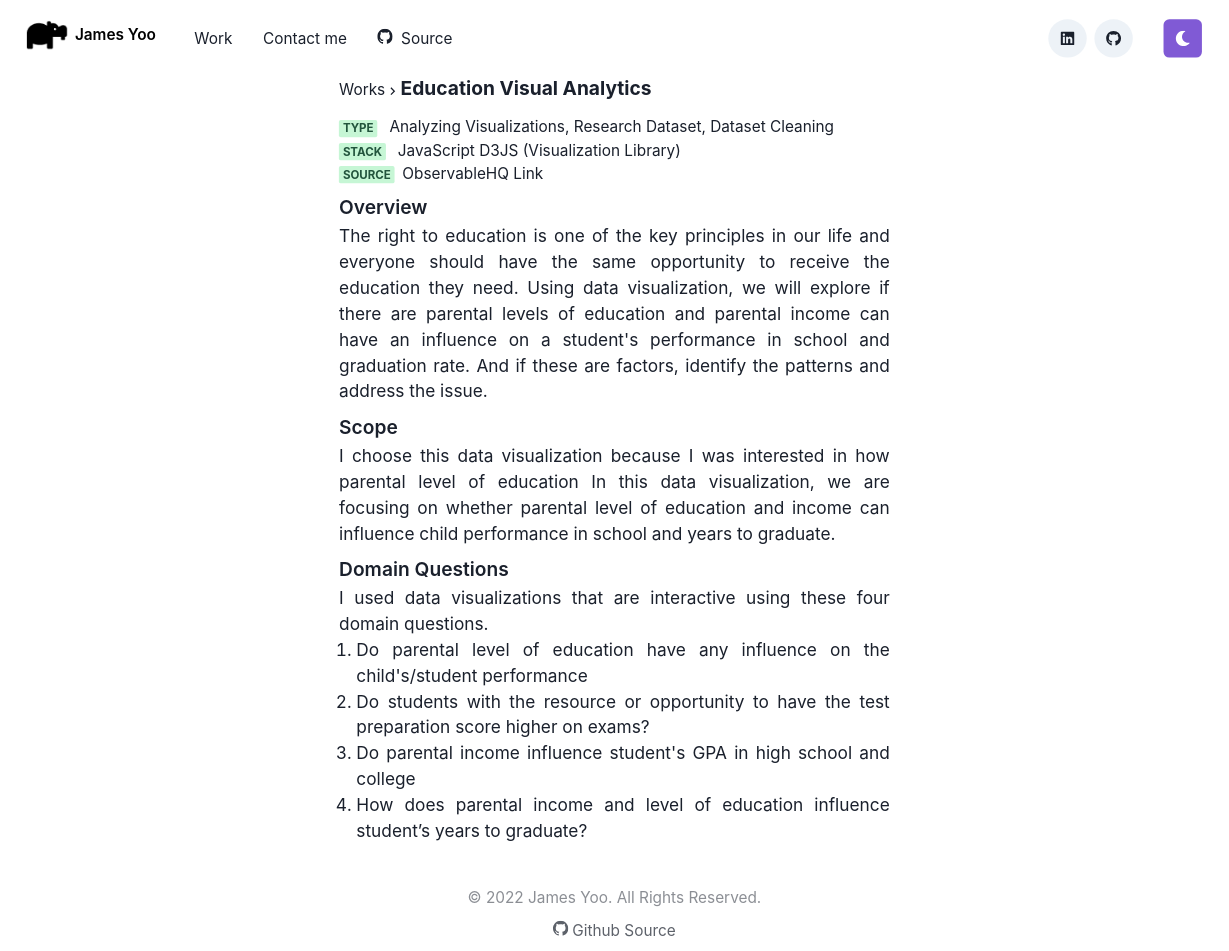
Repository: jammy729/portfolio-2022
Page: /work/educationvisualanalytics
An editor plug-in stored every save of this project. The page is shown before and after the next save, followed by the edit.
The browser window is 1280 px wide. The pictures show the whole page, at 96% of full size.
The project was rebuilt for these pictures with package versions that can differ from the ones it lists, and the page was loaded fresh each time. Also part of the build but not shown: src/components/home.js, src/components/contact.js, src/components/layouts/layout.js, src/components/work/work.js, src/components/work/Development/WorldInstitutionDatabase/worldinstitutiondatabase.js, src/components/work/Development/GeoMemories/geomemories.js, src/components/work/Design/ExperienceDesign/experiencedesign.js, src/components/work/Development/PersonalPortfolio/personalportfolio.js. Imported but missing from the stored project, and not drawn on this page: src/components/work/Design/FinestCup/finestcup, src/components/work/Development/WorldInstitutionDatabase/universityDatabase.mp4.

Above is the page before, as saved 2022-06-28 15:15:43.

After the next save:
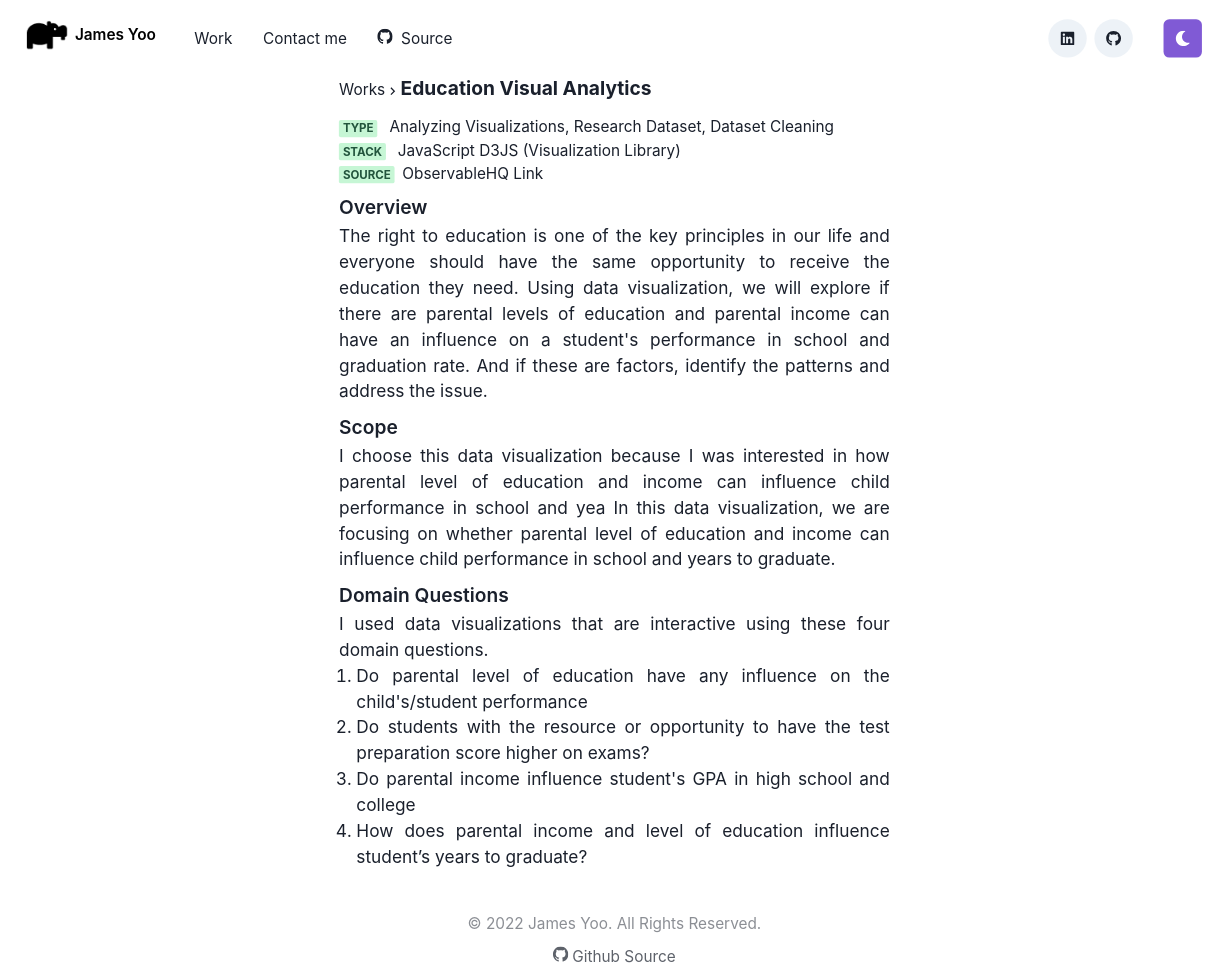
Saved 9 s later.
--- a/src/components/work/Development/EducationVisualAnalytics/educationvisualanalytics.js
+++ b/src/components/work/Development/EducationVisualAnalytics/educationvisualanalytics.js
@@ -43,7 +43,7 @@ const EducationVisualAnalytics = () => {
         <Writing size='md' title='Scope' />
         <DescriptionText>
           I choose this data visualization because I was interested in how parental level of education
-
+          and income can influence child performance in school and yea
           In this data visualization, we are focusing on whether parental level
           of education and income can influence child performance in school and
           years to graduate.
